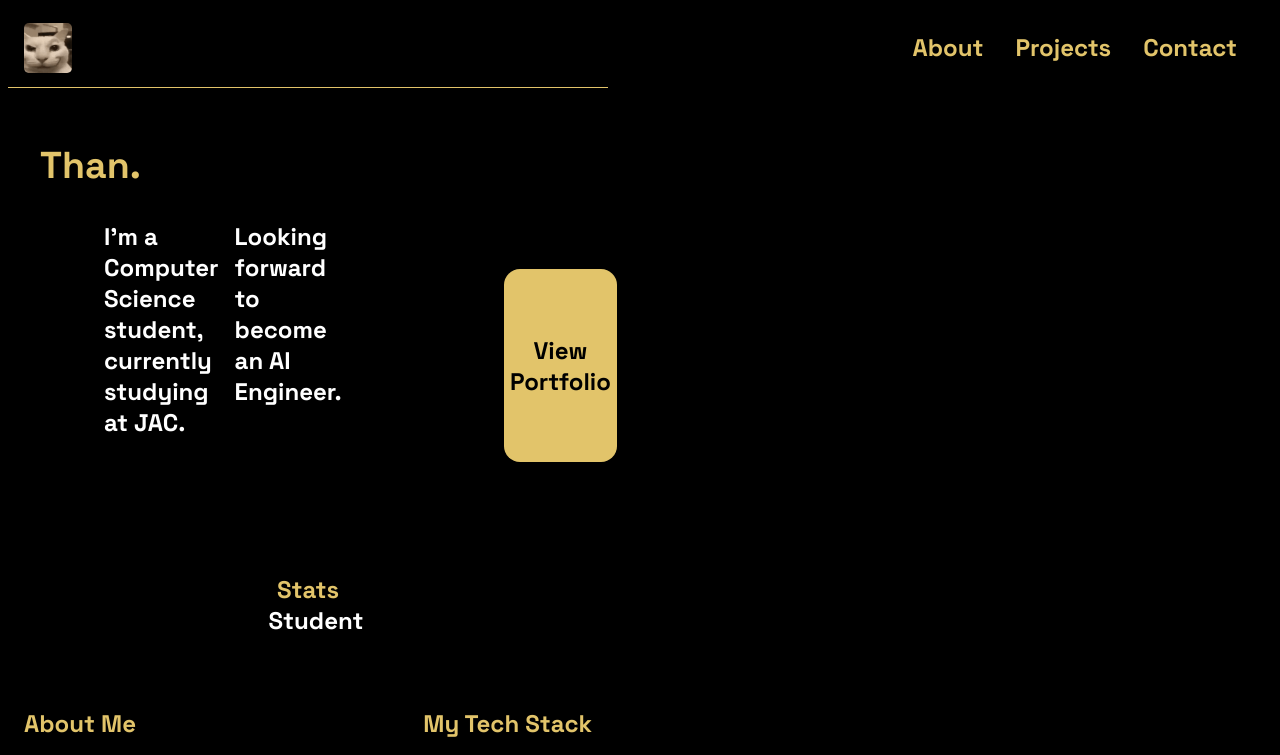
Repository: Than-dot/Than-dot
Page: index.html
The author's editor kept a copy of each file at every save. The page is drawn from the files as they stood at one save, then again after the next save.
The browser window is 1280 px wide. The pictures show the whole page.

Above is the page before, as saved 2026-05-06 12:56:26.

### index.html
<!doctype html>
<html lang="en">
  <head>
    <meta charset="UTF-8" />
    <meta name="viewport" content="width=device-width, initial-scale=1.0" />
    <title>Than</title>
    <link rel="stylesheet" href="styles/global.css" />
    <link rel="stylesheet" href="styles/index.css" />
  </head>

  <body>
    <header>
      <nav>
        <img src="./assets/images/uncanny-cat-freaky.png" alt="cat" />
        <ul class="nav-center">
          <li>About</li>
          <li>Projects</li>
          <li>Contact</li>
        </ul>
      </nav>
    </header>
    <main>
      <section class="container1">
        <article class="f-art"><h1>Than.</h1></article>
        <aside class="f-asi">
          <p>I'm a Computer Science student, currently studying at JAC.</p>
          <p>Looking forward to become an AI Engineer.</p>
          <button>View Portfolio</button>
        </aside>
        <article class="stats">
          Stats
          <p>Student</p>
        </article>
      </section>
    </main>
    <section class="container2">
      <aside class="s-asi">About Me</aside>
      <article class="s-art">My Tech Stack</article>
    </section>
  </body>
</html>

### styles/global.css
@font-face {
  font-family: Space-Grotesk;
  src: url(/assets/font/Space_Grotesk/SpaceGrotesk-VariableFont_wght.ttf);
}

body {
  font-family: Space-Grotesk, sans-serif;
  font-weight: bold;
  font-size: 1.5rem;
}

button {
  font-family: Space-Grotesk, sans-serif;
  font-weight: bold;
  font-size: 1.5rem;
}

.f-art {
  font-size: 2rem;
}

### styles/index.css
body {
  width: 100%;
  max-width: 600px;
  background-color: black;
  color: #e2c46a;
}
.container1 {
  display: flex;
  flex-direction: column;
}

.f-art {
  margin: 2rem;
  margin-top: 1rem;
}

.f-asi {
  display: grid;
  margin-top: 0;
  justify-content: space-between;
}

.container1 p {
  margin: 0;
  margin-bottom: 1.5rem;
  margin-left: 1rem;
  color: white;
}

.stats {
  text-align: center;
  margin: 2rem;
}

.s-art {
  text-align: center;
}

.s-asi {
  text-align: center;
}

button {
  border-radius: 16px;
  border: none;
  max-width: 10rem;
  margin-left: 36.9%;
  margin-top: 3rem;
  background-color: #e2c46a;
}

img {
  height: 50px;
  width: auto;
  margin-left: 1rem;
  border-radius: 10%;
}

.nav-center {
  display: flex;
  gap: 32px;
  list-style: none;
  margin-left: 10rem;
}

nav {
  align-items: center;
  display: flex;
  border-bottom: 1px solid #e2c46a;
}

h1 {
  margin-bottom: 0;
}

@media screen and (min-width: 700px) {
  body {
    width: 100%;
  }
  .nav-center {
    display: flex;
    gap: 32px;
    list-style: none;
    margin-left: 50rem;
  }
  .f-asi {
    display: grid;
    margin-top: 0;
    justify-content: space-between;
  }
  .f-asi {
    display: flex;
    margin: 5rem;
    margin-top: 0;
    justify-content: space-between;
  }
  .container2 {
    display: flex;
    flex-direction: row;
    justify-content: space-between;
    margin: 1rem;
  }
}

After the next save:
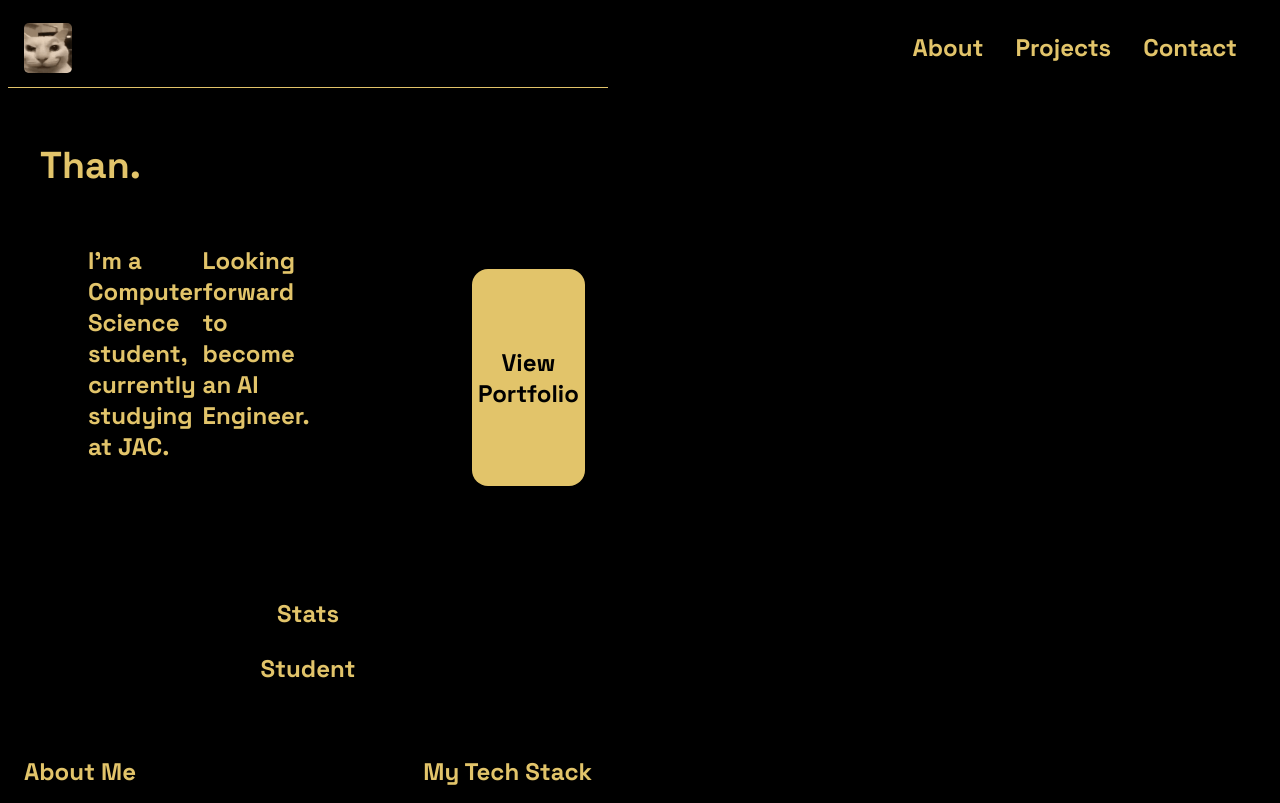
Saved 21 s later.
--- a/styles/index.css
+++ b/styles/index.css
@@ -20,7 +20,7 @@
   justify-content: space-between;
 }
 
-.container1 p {
+p.container1 {
   margin: 0;
   margin-bottom: 1.5rem;
   margin-left: 1rem;

After the save that followed:
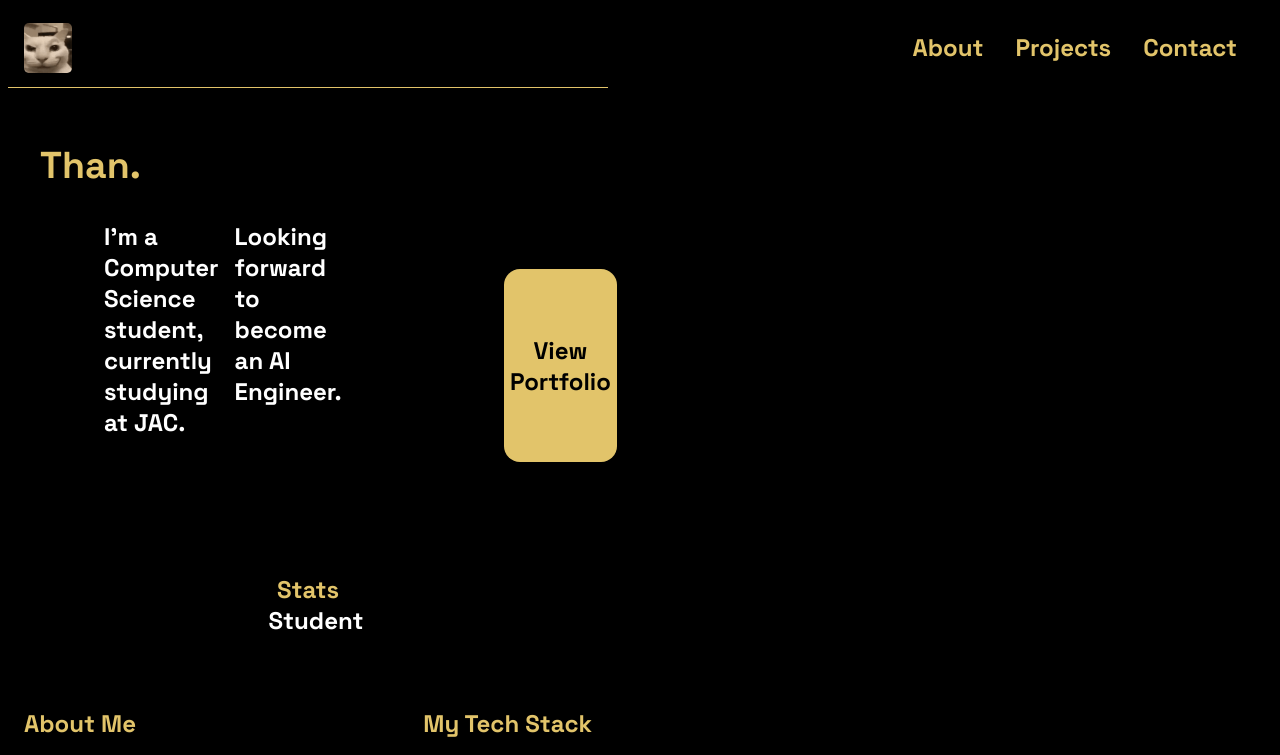
Saved 46 s later.
--- a/styles/index.css
+++ b/styles/index.css
@@ -20,7 +20,7 @@
   justify-content: space-between;
 }
 
-p.container1 {
+p {
   margin: 0;
   margin-bottom: 1.5rem;
   margin-left: 1rem;
